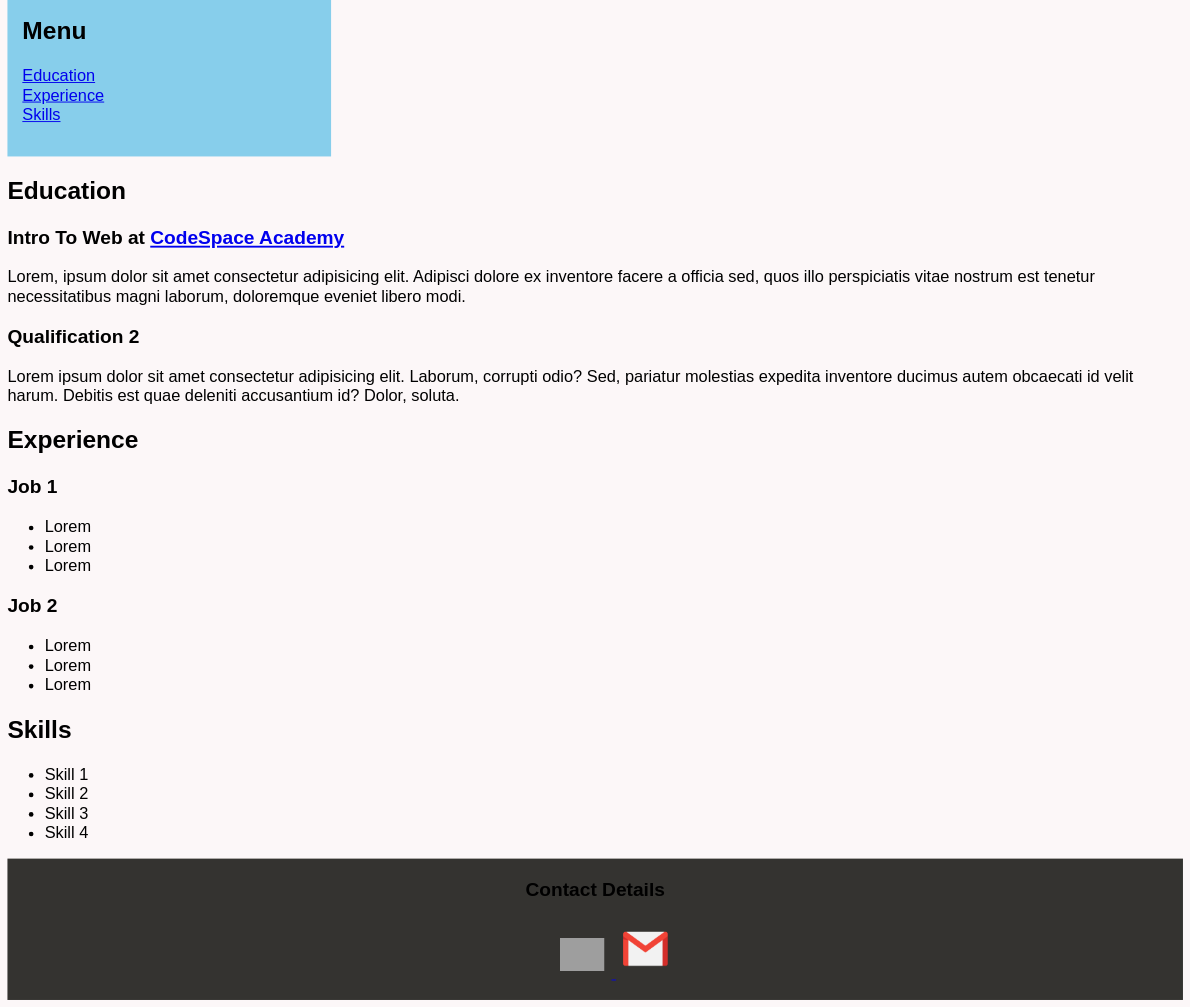
Repository: TristanKMorris/introToWebDesignAssignment
Page: resume1.html
These files come from the project's save history. The page is drawn as it stood at one moment and after the next save; the edit follows.
The browser window is 1280 px wide. The pictures show the part of the page from y = 354 to 1437 px (the page is 1437 px tall before and 1250 px after), at 93% of full size.
Pictures or frames that could not be fetched are drawn as grey boxes. A picture or video elsewhere on the page could not be fetched, so the positions and the page height are approximate.

Above is the page before, as saved 2022-06-02 19:19:39.

After the next save:
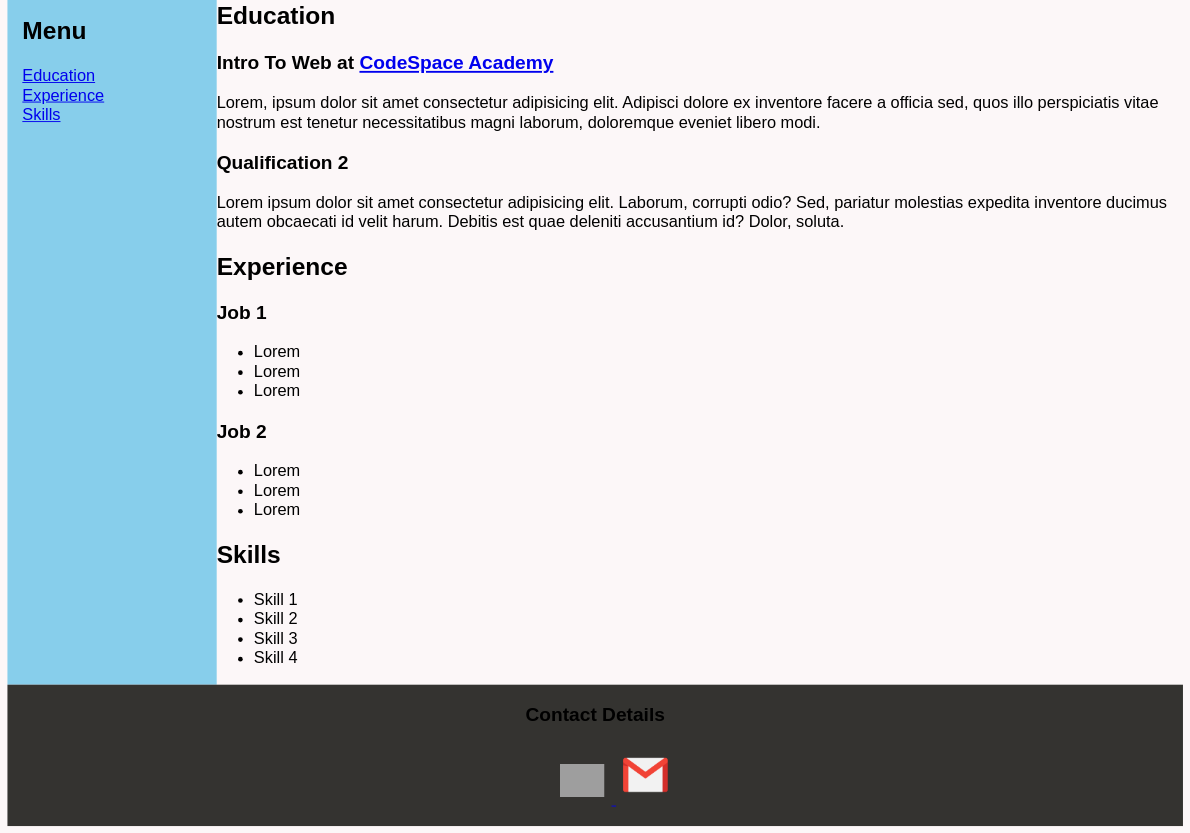
Saved 53 s later.
--- a/css/stylesheet.css
+++ b/css/stylesheet.css
@@ -4,6 +4,10 @@ body{
   background-color: #FCF7F8;
   display: flex;
   flex-direction: column;
+}
+
+.main{
+  display: flex;
 }
 
 #profilePhoto{
